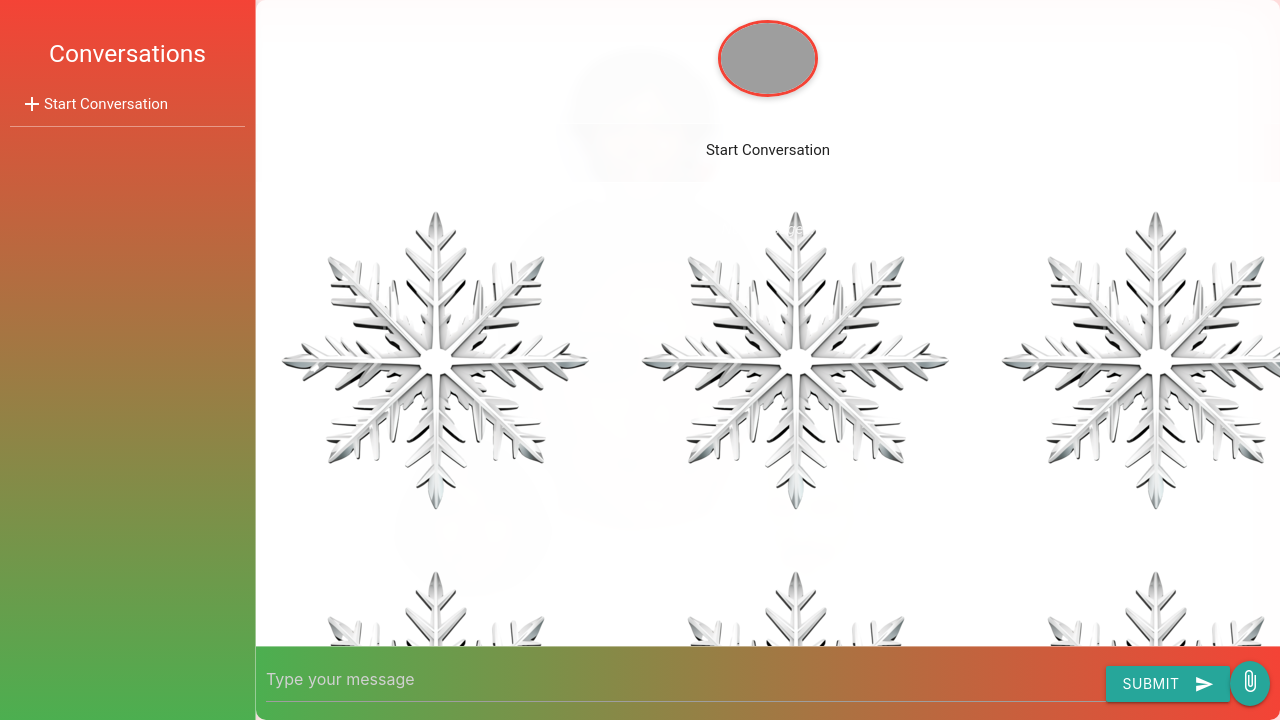
Repository: jcuzcan/sesmag
Page: / (app in frontend/)
The author's editor kept a copy of each file at every save. The page is drawn from the files as they stood at one save, then again after the next save.
The browser window is 1280 px wide. The pictures show the whole page.
Pictures or frames that could not be fetched are drawn as grey boxes. The page's requests for data from a server got no answer. The project was rebuilt for these pictures with package versions that can differ from the ones it lists, and the page was loaded fresh each time. No one was signed in, and anything a server would have sent is missing.

Above is the page before, as saved 2024-12-09 20:58:14.

### frontend/public/index.html
<!DOCTYPE html>
<html lang="en">
  <head>
    <meta charset="utf-8" />
    <link rel="icon" href="%PUBLIC_URL%/favicon.ico" />
    <meta name="viewport" content="width=device-width, initial-scale=1" />
    <meta name="theme-color" content="#000000" />
    <link href="https://fonts.googleapis.com/icon?family=Material+Icons" rel="stylesheet" />
    <meta name="description" content="Web site created using create-react-app" />
    <link rel="apple-touch-icon" href="%PUBLIC_URL%/logo192.png" />
    <link rel="manifest" href="%PUBLIC_URL%/manifest.json" />
    <title>React App</title>
  </head>
  <body>
    <noscript>You need to enable JavaScript to run this app.</noscript>
    <div id="root"></div>
  </body>
</html>

### frontend/src/App.js
import React, { useState, useEffect } from "react";
import ApiService from "./service";
import "materialize-css/dist/css/materialize.min.css";
import ReactMarkdown from "react-markdown";
import "./App.css";

const App = () => {
  const [conversation, setConversation] = useState({
    messages: [],
    _id: null,
  });
  const [conversations, setConversations] = useState([]);
  const [message, setMessage] = useState("");
  const [sidebarOpen, setSidebarOpen] = useState(false);
  const [isLoading, setIsLoading] = useState(false);

  useEffect(() => {
    ApiService.getAllConversations()
      .then((res) => {
        setConversations(res);
      })
      .catch((error) => {
        window.alert(error.message ?? error.toString());
      });
  }, []);

  const handleSendMessage = async () => {
    if (message.trim()) {
      let conversationId = conversation._id;

      if (!conversation._id) {
        await ApiService.startConversation()
          .then((res) => {
            setConversation(res);
            conversationId = res._id;
            setConversations([res, ...conversations]);
          })
          .catch((error) => window.alert(error.message ?? error.toString()));
      }
      setConversation((conversation) => ({
        ...conversation,
        messages: [
          ...conversation.messages,
          { role: "user", content: message.trim() },
        ],
      }));
      setIsLoading(true);
      await ApiService.sendMessage(conversationId, message)
        .catch((error) => {
          error.message ?? error.toString();
        })
        .then((res) => {
          setConversation(res);
          setMessage("");
          // set conversion description
          setConversations((conversations) =>
            conversations.map((c) => {
              if (c._id === res._id) {
                c.description = res.description;
              }
              return c;
            })
          );
        });
      setIsLoading(false);
    }
  };

  const handleFileUpload = async (e) => {
    const file = e.target.files[0];
    if (file) {
      let conversationId = conversation._id;
      if (!conversation._id) {
        await ApiService.startConversation()
          .then((res) => {
            setConversation(res);
            conversationId = res._id;
            setConversations([res, ...conversations]);
          })
          .catch((error) => console.log(error));
      }
      setIsLoading(true);
      await ApiService.uploadContext(conversationId, file)
        .then((res) => {
          setConversation(res);
          // set conversion description
          setConversations((conversations) =>
            conversations.map((c) => {
              if (c._id === res._id) {
                c.description = res.description;
              }
              return c;
            })
          );
        })
        .catch((error) => window.alert(error.message ?? error.toString()));
      setIsLoading(false);
    }
  };

  const toggleSidebar = () => {
    setSidebarOpen((prev) => !prev);
  };

  const startConversation = async () => {
    if (isLoading) {
      return;
    }
    setIsLoading(true);
    await ApiService.startConversation()
      .then((res) => {
        setConversation(res);
        setConversations([res, ...conversations]);
      })
      .catch((error) => console.log(error));
    setIsLoading(false);
  };

  const getConversationById = (id) => {
    ApiService.getConversationById(id)
      .then((res) => {
        setConversation(res);
      })
      .catch((error) => {
        console.error(error.message ?? error.toString());
      });
  };

  return (
    <div className="app-container">
  <div className={`sidebar ${sidebarOpen ? "open" : ""}`}>
    <button className="close-btn" onClick={toggleSidebar}>
      <i className="material-icons">close</i>
    </button>
    <h5 className="mt-2 text-center">Conversations</h5>
    <ul>
      <li
        className="d-flex align-items-center"
        onClick={() => startConversation()}
      >
        <i className="material-icons">add</i> Start Conversation
      </li>
      {conversations.map((conversation) => (
        <li
          key={conversation._id}
          onClick={() => getConversationById(conversation._id)}
        >
          {conversation.description || `Conversation ${conversation._id}`}
        </li>
      ))}
    </ul>
  </div>
  <div className="chat-container">
    {/* Image Container */}
    <div className="image-container">
      <img src="Fee.png" alt="Profile" />
    </div>
    <div className="row">
      <button className="sidebar-toggle-btn" onClick={toggleSidebar}>
        &#9776;
      </button>
      <div className="flex-1 align-center" style={{ marginTop: "1rem" }}>
        {conversation._id ? (
          <>
            {conversation.description || `Conversation ${conversation._id}`}
          </>
        ) : (
          <>Start Conversation</>
        )}
      </div>
    </div>

    <div className="chat-window">
      {conversation && conversation.messages.length > 0 ? (
        conversation.messages
          .filter((messages) =>
            ["assistant", "user"].includes(messages.role)
          )
          .map((msg, index) => (
            <div
              key={index}
              className={`message ${
                msg.role === "user" ? "user-message" : "ai-message"
              }`}
            >
              <strong>{msg.role === "user" ? "You" : "AI"}:</strong>{" "}
              <ReactMarkdown>{msg.content}</ReactMarkdown>
            </div>
          ))
      ) : (
        <p className="no-messages">No messages!</p>
      )}
    </div>
    <div className="input-bar">
      <textarea
        id="message"
        className="materialize-textarea"
        value={message}
        onChange={(e) => setMessage(e.target.value)}
        placeholder="Type your message"
      ></textarea>
      <button
        className="btn waves-effect waves-light"
        onClick={handleSendMessage}
        name="action"
        disabled={isLoading}
      >
        Submit
        <i className="material-icons right">send</i>
      </button>
      <div className="file-field">
        <button className="btn btn-floating" disabled={isLoading}>
          <i className="material-icons">attach_file</i>
          <input
            type="file"
            onChange={handleFileUpload}
            accept="application/pdf"
          />
        </button>
      </div>
    </div>
  </div>
</div>

  );
};

export default App;

### frontend/src/service.js
import axios from "axios";

const BASE_URL = "http://localhost:4000/api";

const apiClient = axios.create({
  baseURL: BASE_URL,
  headers: {
    "Content-Type": "application/json",
  },
});

// Centralized error handler
const handleError = (error) => {
  if (error.response) {
    const message =
      error.response.data?.message || `Error: ${error.response.statusText}`;
    return Promise.reject(new Error(message));
  } else if (error.request) {
    return Promise.reject(
      new Error("No response from server. Please try again later.")
    );
  } else {
    return Promise.reject(
      new Error(error.message || "An unexpected error occurred.")
    );
  }
};

// API Service
const ApiService = {
  startConversation: async () => {
    try {
      const response = await apiClient.post("/conversation/start-conversation");
      return response.data;
    } catch (error) {
      return handleError(error);
    }
  },

  getAllConversations: async () => {
    try {
      const response = await apiClient.get("/conversation/");
      return response.data;
    } catch (error) {
      return handleError(error);
    }
  },

  getConversationById: async (id) => {
    try {
      const response = await apiClient.get(`/conversation/${id}`);
      return response.data;
    } catch (error) {
      return handleError(error);
    }
  },

  sendMessage: async (id, message) => {
    try {
      const response = await apiClient.post(`/conversation/${id}`, { message });
      return response.data;
    } catch (error) {
      return handleError(error);
    }
  },

  uploadContext: async (id, file) => {
    try {
      const formData = new FormData();
      formData.append("file", file);

      const response = await apiClient.post(
        `/conversation/upload-context/${id}`,
        formData,
        {
          headers: {
            "Content-Type": "multipart/form-data",
          },
        }
      );
      return response.data;
    } catch (error) {
      return handleError(error);
    }
  },
};

export default ApiService;

### frontend/src/App.css
body {
  margin: 0;
  font-family: 'Roboto', sans-serif;
  background: url('Fee.png') no-repeat center center fixed;
  background-size: cover;
}

.app-container {
  display: flex;
  height: 100vh;
  width: 100%;
  background: rgba(255, 255, 255, 0.9); /* Adds a slight overlay for readability */
  backdrop-filter: blur(5px); /* Adds blur effect to the background */
  box-shadow: inset 0 0 50px rgba(255, 0, 0, 0.2); /* Adds a festive glow */
}

.sidebar {
  width: 20%;
  background: linear-gradient(to bottom, #f44336, #4caf50); /* Christmas red and green */
  color: white;
  padding: 10px;
  border-right: 1px solid rgba(255, 255, 255, 0.4);
  overflow-y: auto;
  transition: transform 0.3s ease;
  box-shadow: 2px 0 5px rgba(0, 0, 0, 0.1);
}

.sidebar ul {
  list-style: none;
  padding: 0;
}

.sidebar ul li {
  padding: 10px;
  cursor: pointer;
  border-bottom: 1px solid rgba(255, 255, 255, 0.4);
  text-transform: capitalize;
  color: #fff;
}

.sidebar ul li:hover {
  background-color: rgba(255, 255, 255, 0.3); /* Slight highlight effect */
}

.sidebar.open {
  transform: translateX(0);
}

.sidebar.close {
  transform: translateX(-100%);
}

.close-btn {
  font-size: 20px;
  background: none;
  border: none;
  cursor: pointer;
  color: #fff;
  float: right;
  display: none;
}

.chat-container {
  flex: 1;
  display: flex;
  flex-direction: column;
  height: 100%;
  position: relative;
  background-color: rgba(255, 255, 255, 0.8);
  border-radius: 10px;
  overflow: hidden;
}

.image-container {
  width: 100%;
  text-align: center;
  padding: 20px;
  background: rgba(255, 255, 255, 0.3); /* Light snowy effect */
  border-bottom: 1px solid rgba(255, 255, 255, 0.4);
}

.image-container img {
  max-width: 100px;
  border-radius: 50%;
  border: 3px solid #f44336;
  box-shadow: 0 2px 6px rgba(0, 0, 0, 0.2);
}

.chat-window {
  flex: 1;
  padding: 20px;
  overflow-y: auto;
  background: rgba(255, 255, 255, 0.8);
  background-image: url('snowflakes.png'); /* Subtle snowflakes in the chat window */
  background-repeat: repeat;
  border-top: 1px solid rgba(255, 255, 255, 0.4);
}

.input-bar {
  display: flex;
  align-items: center;
  padding: 10px;
  border-top: 1px solid rgba(255, 255, 255, 0.4);
  background: linear-gradient(to right, #4caf50, #f44336); /* Christmas gradient */
  color: white;
}

.message {
  max-width: 70%;
  margin: 10px 0;
  padding: 10px;
  border-radius: 10px;
  word-wrap: break-word;
}

.user-message {
  margin-left: auto;
  background-color: #e57373; /* Warm red for user messages */
  color: #fff;
}

.ai-message {
  margin-right: auto;
  background-color: #81c784; /* Festive green for AI messages */
  color: #fff;
}

textarea {
  flex: 1;
  resize: none;
  border: 2px solid #fff;
  border-radius: 5px;
  padding: 10px;
  margin-right: 10px;
}

.sidebar-toggle-btn {
  position: absolute;
  display: none;
  top: 10px;
  left: 10px;
  background: none;
  border: none;
  font-size: 24px;
  cursor: pointer;
  z-index: 1000;
}

@media (max-width: 768px) {
  .sidebar {
    position: fixed;
    height: 100%;
    min-width: 300px;
    transform: translateX(-100%);
    z-index: 1000;
    box-shadow: 2px 0 5px rgba(0, 0, 0, 0.3);
  }

  .sidebar-toggle-btn {
    display: block;
  }

  .close-btn {
    display: block;
  }

  .sidebar.open {
    transform: translateX(0);
  }

  .chat-container {
    padding-left: 0;
  }
}

.no-messages {
  text-align: center;
  font-style: italic;
  color: rgba(255, 255, 255, 0.8);
}

/* Decorative Elements */
.mt-1 {
  margin-top: 1rem;
}

.mt-2 {
  margin-top: 2rem;
}

.d-flex {
  display: flex;
}

.align-items-center {
  align-items: center;
}

.text-center {
  text-align: center;
}

/* Snowfall Animation (Optional) */
@keyframes snowfall {
  0% { transform: translateY(-100px); }
  100% { transform: translateY(100vh); }
}

.snowflake {
  position: absolute;
  top: 0;
  animation: snowfall 10s linear infinite;
  opacity: 0.8;
  color: white;
}

.snowflake:nth-child(1) { left: 10%; animation-duration: 15s; font-size: 20px; }
.snowflake:nth-child(2) { left: 50%; animation-duration: 12s; font-size: 25px; }
.snowflake:nth-child(3) { left: 70%; animation-duration: 10s; font-size: 18px; }

Loaded but not shown: frontend/src/index.js (common file); frontend/src/index.css (common file); frontend/src/reportWebVitals.js (common file)

After the next save:
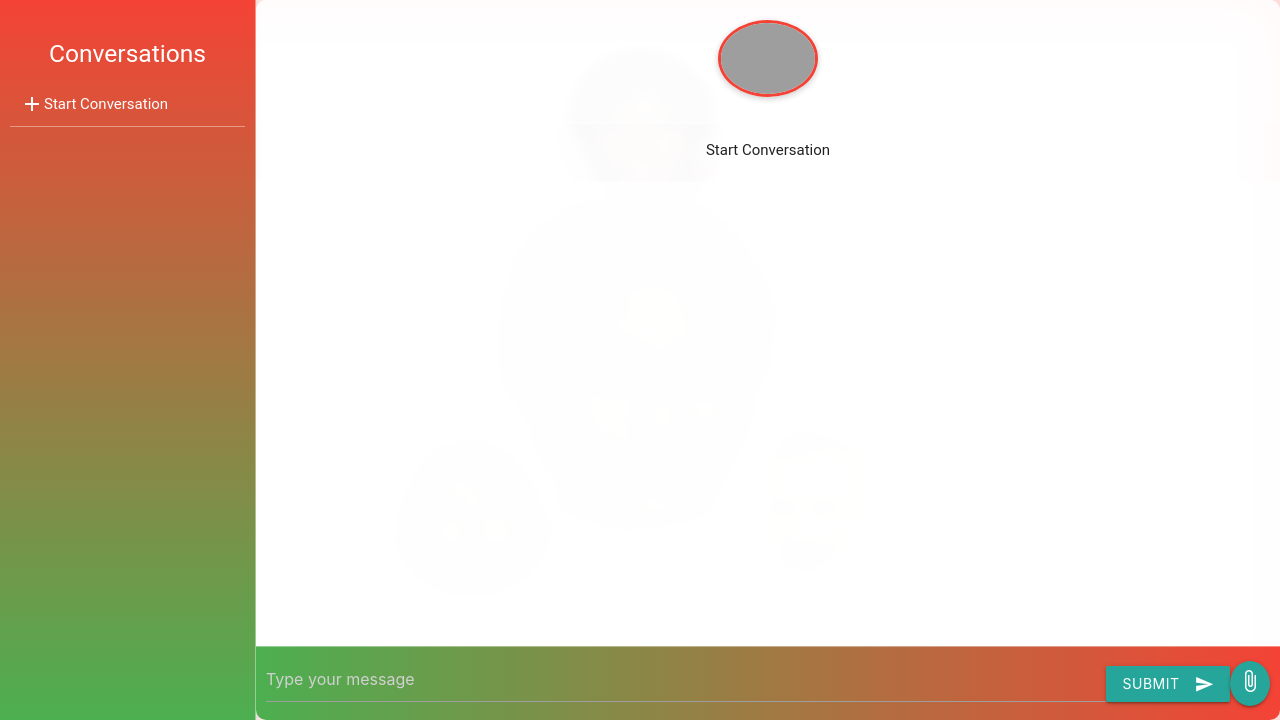
Saved 3 min 2 s later.
--- a/frontend/src/App.css
+++ b/frontend/src/App.css
@@ -91,8 +91,6 @@ body {
   padding: 20px;
   overflow-y: auto;
   background: rgba(255, 255, 255, 0.8);
-  background-image: url('snowflakes.png'); /* Subtle snowflakes in the chat window */
-  background-repeat: repeat;
   border-top: 1px solid rgba(255, 255, 255, 0.4);
 }
 
